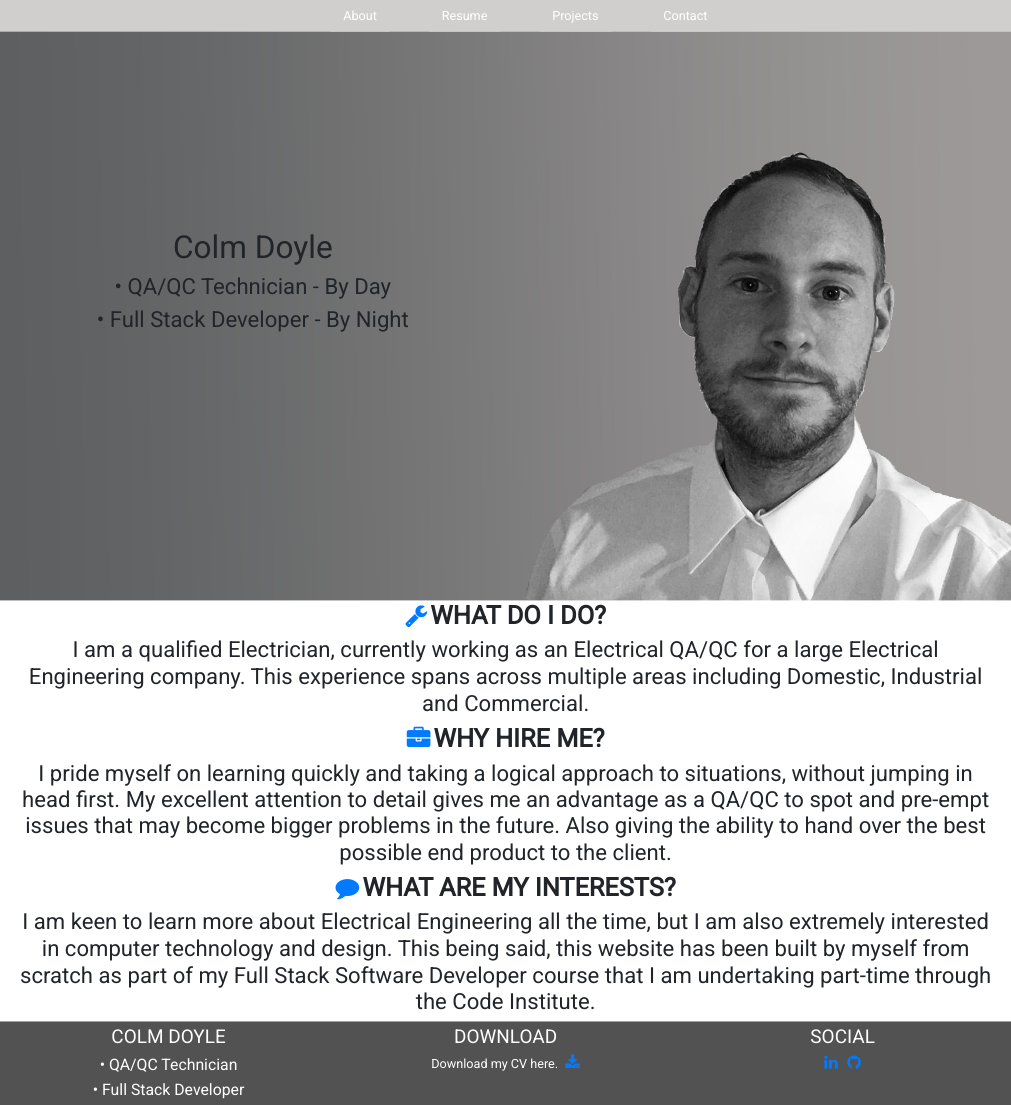
Repository: Code-Institute-Submissions/collyd21-milestone1
Page: index.html
The author's editor kept a record of every edit. The page is drawn from the files as they stood at one moment, then again after the next edit.
The browser window is 1280 px wide. The pictures show the whole page, at 79% of full size.
Some web libraries are served in a nearby version.

Above is the page before.

After the next edit:
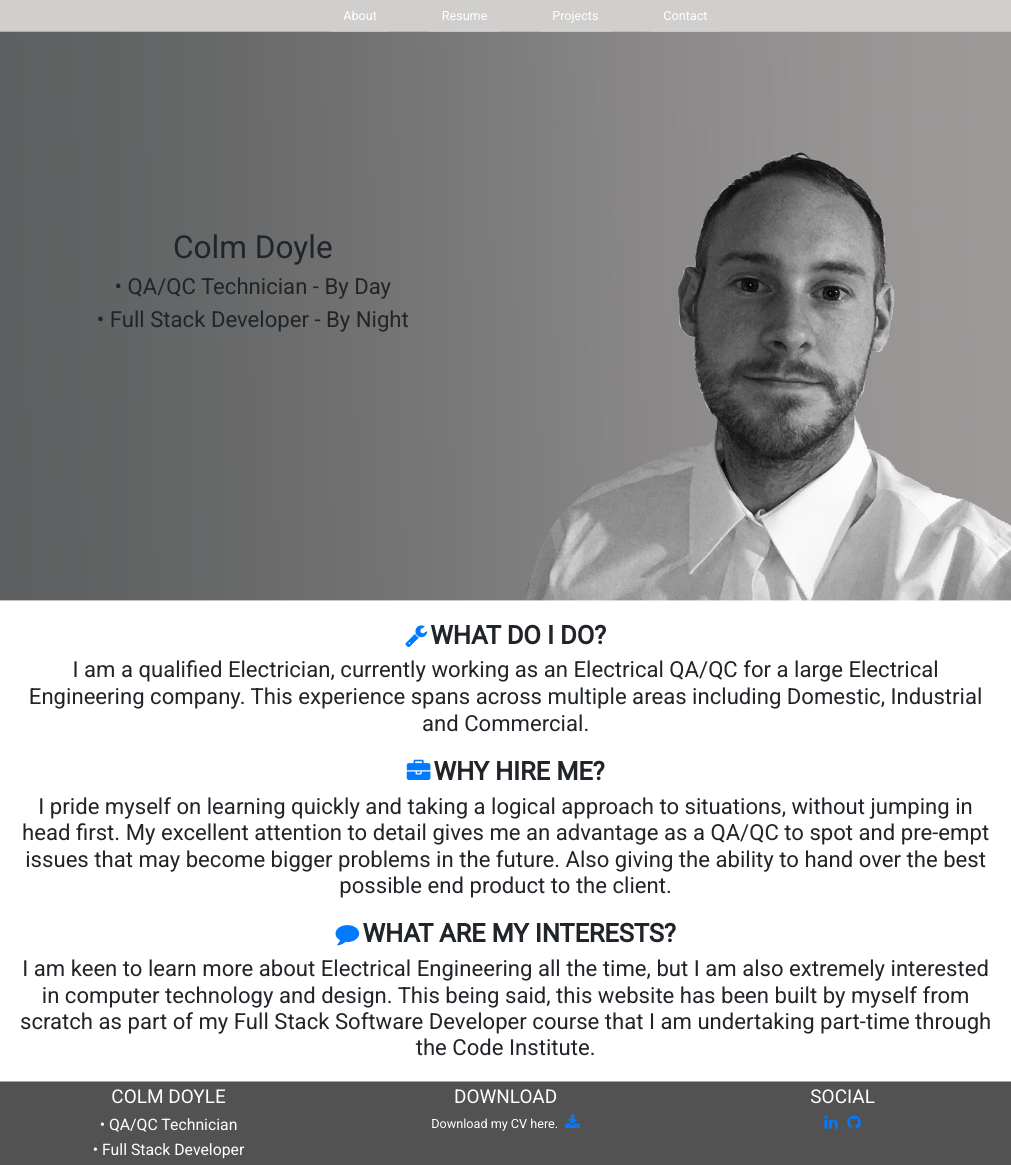
The edit:
--- a/assets/css/style.css
+++ b/assets/css/style.css
@@ -38,8 +38,13 @@
 
 #questions {
     font-family: 'Roboto', sans-serif;
-    margin-bottom: 0px;
-        text-align:center;
+    margin-top: 25px;
+    margin-bottom: 25px;
+    text-align: center;
+}
+
+.question-margin {
+    margin-bottom: 25px;
 }
 
 .uppercase {
@@ -47,13 +52,13 @@
     font-weight: bold;
 }
 
-#questions i{
+#questions i {
     font-size: 30px;
     color: #007bff;
-        text-align:center;
+    text-align: center;
 }
 
-.inline-block{
+.inline-block {
     display: inline-block;
 }
 
@@ -66,7 +71,7 @@
     position: relative;
 }
 
-.cv-pdf i{
+.cv-pdf i {
     padding-left: 5px;
     font-size: 20px;
 }
